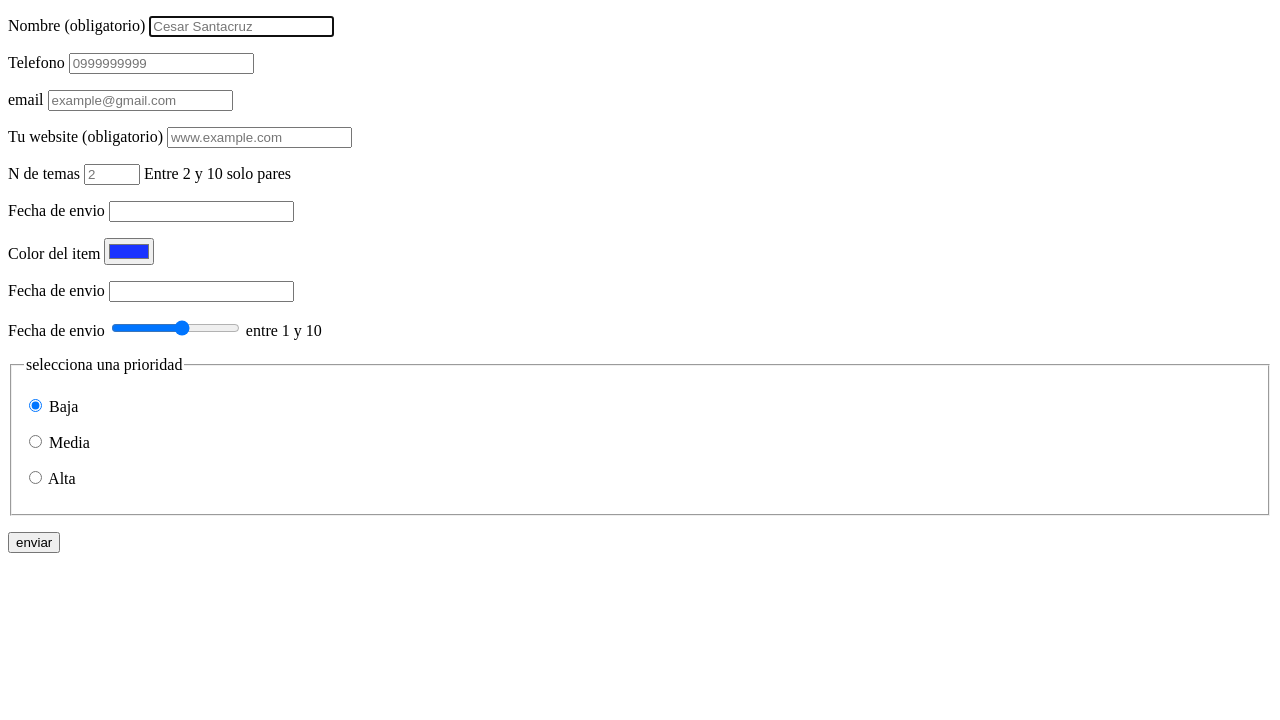
Repository: cesarsant0203/My_Study
Page: Introducción al desarrollo web/formulario.html
The author's editor kept a copy of each file at every save. The page is drawn from the files as they stood at one save, then again after the next save.
The browser window is 1280 px wide. The pictures show the whole page.

Above is the page before, as saved 2020-04-27 19:54:57.

After the next save:
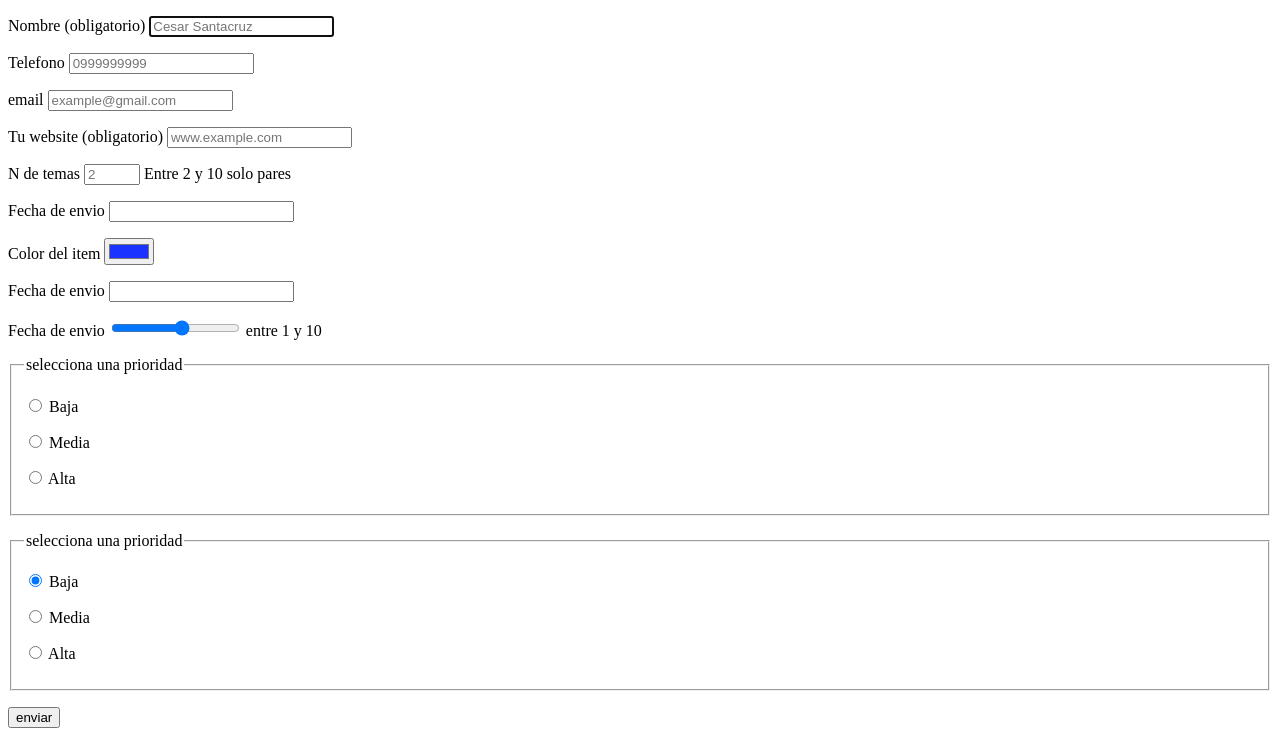
Saved 35 s later.
--- a/Introducción al desarrollo web/formulario.html
+++ b/Introducción al desarrollo web/formulario.html
@@ -78,6 +78,20 @@
                 Alta</label></p>
         </fieldset>
         </p>
+        <p>
+            <fieldset>
+                <legend> selecciona una prioridad</legend>
+                    <p><label>
+                        <input type="radio" name="priority" value="baja" checked>
+                    Baja</label></p>
+                    <p><label>
+                        <input type="radio" name="priority" value="media" >
+                    Media</label></p>
+                    <p><label>
+                        <input type="radio" name="priority" value="alta" >
+                    Alta</label></p>
+            </fieldset>
+            </p>
         <input type="submit" value="enviar">
 
     </form>
